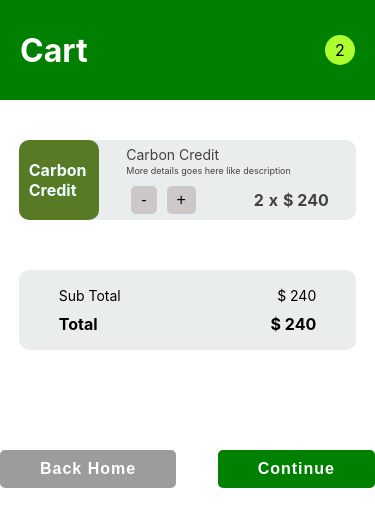
Repository: Yowani24/CarbonApp
Page: /cart
The author's editor kept a copy of each file at every save. The page is drawn from the files as they stood at one save, then again after the next save.
The browser window is 375 px wide. The pictures show the whole page.
The project was rebuilt for these pictures with package versions that can differ from the ones it lists, and the page was loaded fresh each time. The framework's server and built-in components were replaced by stand-ins that run in the browser. Also part of the build but not shown: next.config.js.

Above is the page before, as saved 2021-09-26 22:23:12.

### pages/_app.js
import '../styles/globals.css'
import Cart from './cart';

function MyApp({ Component, pageProps }) {
  return (
    <>
      <Component {...pageProps} />
    </>
  );
}

export default MyApp

### pages/cart/index.js
import React from 'react';
import Head from 'next/head'

import styles from './Cart.module.css'
import Link from 'next/link'

export default function Cart(props) {
    return (
        <>
          <Head>
              <title>Cart</title>
          </Head>
          <header>
              <div className={styles.interface}>
                    <div className={styles.header_content}>
                        <h1>Cart</h1>
                        <p>2</p>
                    </div>
              </div>
          </header>

          <section>
              <div className={styles.interface}>
                  <div className={styles.boxes}>
                      <div className={styles.content_box}>
                          <div className={styles.box}>
                              <h3>Carbon Credit</h3>
                          </div>

                          <div className={styles.product_details}>
                            <div className={styles.description}>
                                <p>Carbon Credit</p>
                                <p>More details goes here like description</p>
                            </div>

                            <div className={styles.details_wrapper}>
                                <div className={styles.quantity_controls}>
                                    <button>-</button>
                                    <button>+</button>
                                </div>

                                <div className={styles.current_money}>
                                    <p>2</p>
                                    <span>x</span>
                                    <p>$ 240</p>
                                </div>
                            </div>
                          </div>
                      </div>
                  </div>

                  <div className={styles.total_to_pay_box}>
                      <span>
                          <p>Sub Total</p>
                          <p>$ 240</p>
                      </span>
                      <span>
                          <p>Total</p>
                          <p>$ 240</p>
                      </span>
                  </div>

                  <div className={styles.button_box}>
                      <Link href="/"><button>Back Home</button></Link>
                      <button>Continue</button>
                  </div>
              </div>
          </section>
        </>
    )
}

### styles/globals.css
html,
body {
  padding: 0;
  margin: 0;
  font-family: -apple-system, BlinkMacSystemFont, Segoe UI, Roboto, Oxygen,
    Ubuntu, Cantarell, Fira Sans, Droid Sans, Helvetica Neue, sans-serif;
}

a {
  color: inherit;
  text-decoration: none;
}

* {
  margin: 0;
  box-sizing: border-box;
}

### pages/cart/Cart.module.css
.interface{
    width: 80%;
    margin: 0 auto;
}

@media (max-width: 780px){
    .interface{
        width: 100%;
    }
}

/* =================HEADER================ */

.header_content{
    display: flex;
    justify-content: space-between;
    align-items: center;
    height: 100px;
    padding: 0 20px;
    background: green;
}
.header_content h1{
    color: #FFFFFF;
}
.header_content p{
    background: greenyellow;
    display: flex;
    justify-content: center;
    align-items:center;
    width: 30px;
    height: 30px;
    border-radius: 100%;
}


/* ============================== */
.boxes{
    margin-top: 40px;
}
.content_box{
    width: 100%;
    height: 120px;
    background:rgb(233, 237, 238);
    border-radius: 10px;

    display: flex;
    align-items:center;
}
.box{
    width: 120px;
    background: rgb(88, 122, 37);
    height: 100%;
    border-radius: 10px;

    display: flex;
    justify-content: center;
    align-items: center;
}
.box h3{
    font-size: 25px;
    width: 100px;
    color: azure;
}
.product_details{
    display: flex;
    justify-content: space-between;
    align-items: center;
    width: 80%;
    margin: 0 auto;
    color: hsl(0, 2%, 26%);
}
.description p:nth-child(2){
    margin-top: 5px;
    font-size: 14px;
}
.details_wrapper{
    width: 60%;

    display: flex;
    align-items: center;
    justify-content: space-between;
}
.quantity_controls button{
    border: none;
    padding: 5px 20px;
    margin: 0 5px;
    border-radius: 5px;
    font-size: 16px;
    background: rgb(204, 200, 200);
    cursor: pointer;
}
.quantity_controls button:active{
    background: rgb(148, 146, 146);
}
.current_money{
    display: flex;
    font-size: 16px;
    font-weight: bold;
}
.current_money span{
    padding: 0 20px;
}

@media (max-width: 415px){
    .content_box{
        height: 80px;
        width: 90%;
        margin: 0 auto;
    }
    .box{
        width: 80px;
    }
    .box h3{
        font-size: 16px;
        width: 60px;
        color: azure;
    }

    .product_details{
        justify-content: center;
        flex-direction: column;
        width: 60%;
    }
    .description{
        width: 100%;
    }
    .description p:first-child{
        font-size: 14px;
    }
    .description p:nth-child(2){
        margin-top: 2px;
        font-size: 9px;
    }
    .details_wrapper{
        width: 100%;
        margin-top: 10px;
    }
    .quantity_controls button{
        padding: 5px 10px;
    }
    .current_money span{
        padding: 0 5px;
    }
}


/* ==================================== */

.total_to_pay_box{
    width: 100%;
    height: 100px;
    background:rgb(233, 237, 238);
    border-radius: 10px;

    display: flex;
    flex-direction: column;
    justify-content: center;
    margin-top: 50px;
    padding: 0 40px;
}

.total_to_pay_box span{
    display: flex;
    justify-content: space-between;
    margin: 10px 0;
}
.total_to_pay_box span:nth-child(2){
    font-weight: bold;
    font-size: 20px;
}

@media (max-width: 415px){
    .total_to_pay_box{
        height: 80px;
        width: 90%;
        margin: 0 auto;
        margin-top: 50px;
    }
    .total_to_pay_box span{
        margin: 5px 0;
    }
    .total_to_pay_box span:first-child{
        font-size: 14px;
    }
    .total_to_pay_box span:nth-child(2){
        font-size: 16px;
    }
}

/* ===================================== */


.button_box{
    display: flex;
    justify-content: space-between;
    margin-top: 100px;
}
.button_box button:first-child{
    background: rgb(156, 156, 156);
}
.button_box button:first-child:hover{
    background: rgb(122, 120, 120);
}
.button_box button:first-child:active{
    background: rgb(187, 184, 184);
}
.button_box button{
    border: none;
    background: green;
    padding: 10px 40px;
    font-size: 16px;
    color: #FFFFFF;
    letter-spacing: 1px;
    border-radius: 5px;
    cursor: pointer;
    transition: .1s;
    font-weight: bold;
}
.button_box button:nth-child(2):hover{
    background: rgb(1, 92, 1);
}
.button_box button:nth-child(2):active{
    background: rgb(13, 131, 13);
}

@media (max-width: 415px){
    .button_box button{
        padding: 10px 40px;
        font-size: 16px;
        color: #FFFFFF;
        letter-spacing: 1px;
        border-radius: 5px;
        cursor: pointer;
        transition: .1s;
        font-weight: bold;
    }
}

Loaded but not shown: pages/api/hello.js (common file)

After the next save:
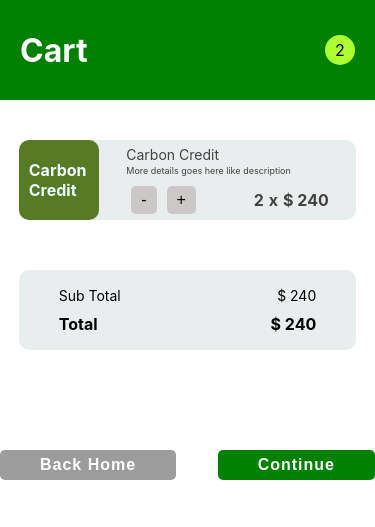
Saved 42 s later.
--- a/pages/cart/Cart.module.css
+++ b/pages/cart/Cart.module.css
@@ -225,10 +225,8 @@
 
 @media (max-width: 415px){
     .button_box button{
-        padding: 10px 40px;
+        padding: 6px 40px;
         font-size: 16px;
-        color: #FFFFFF;
-        letter-spacing: 1px;
         border-radius: 5px;
         cursor: pointer;
         transition: .1s;
